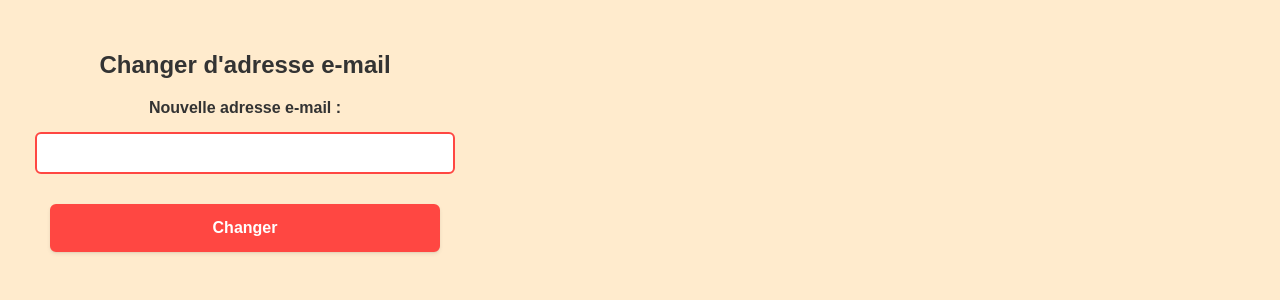
Repository: LeroyM084/Mushroom_Password
Page: ChromeExtension/templates/changeMail.html
The author's editor kept a copy of each file at every save. The page is drawn from the files as they stood at one save, then again after the next save.
The browser window is 1280 px wide. The pictures show the whole page.

Above is the page before, as saved 2025-02-19 12:52:19.

After the next save:
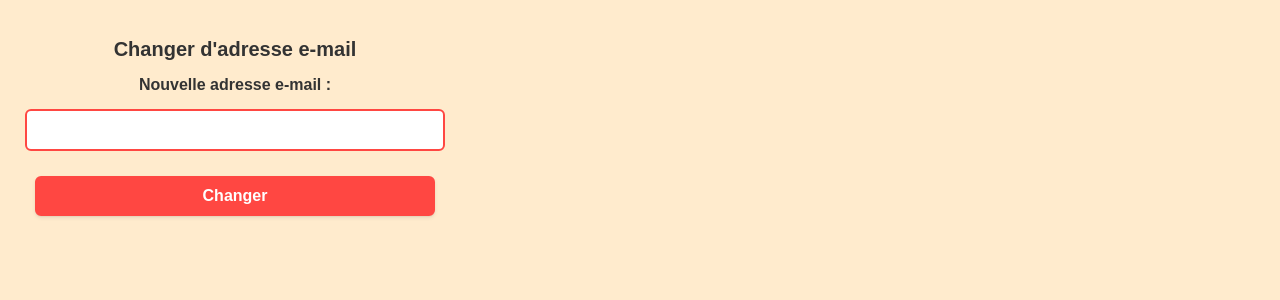
Saved 45 s later.
--- a/ChromeExtension/style/changeMail.css
+++ b/ChromeExtension/style/changeMail.css
@@ -5,7 +5,40 @@
 body {
     font-family: Arial, sans-serif;
     color: #333;
-    width: 450px;
+    width: 450px;    body {
+        font-family: Arial, sans-serif;
+        color: #333;
+        width: 300px;
+        height: fit-content;
+        background-color: blanchedalmond;
+        min-height: 200px;
+        max-height: 400px;
+        margin: 0;
+        padding: 15px;
+        display: flex;
+        flex-direction: column;
+        box-sizing: border-box;
+    }
+
+    .container {
+        width: 100%;
+        padding: 10px;
+        display: flex;
+        flex-direction: column;
+        align-items: center;
+    }
+
+    h1 {
+        font-size: 20px;
+        margin-bottom: 15px;
+    }
+
+    button {
+        width: calc(100% - 20px);
+        height: 40px;
+        padding: 8px 15px;
+        margin-top: 10px;
+    }
     height : width / 2;
     height: fit-content;
     background-color: blanchedalmond;

After the save that followed:
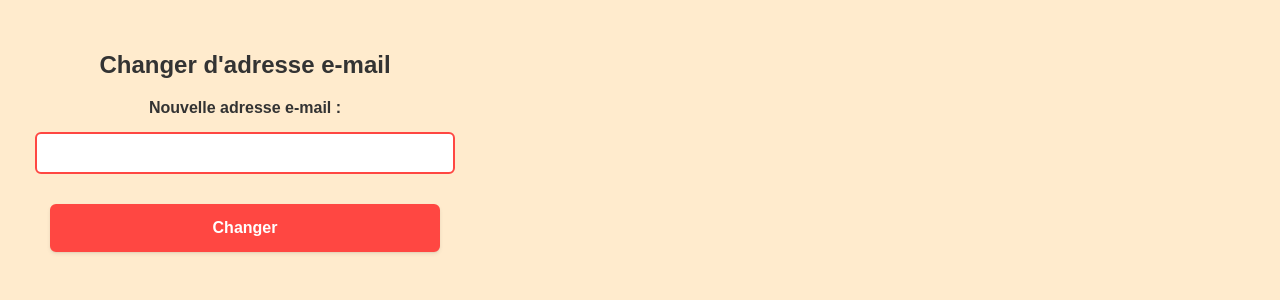
Saved 11 s later.
--- a/ChromeExtension/style/changeMail.css
+++ b/ChromeExtension/style/changeMail.css
@@ -5,40 +5,7 @@
 body {
     font-family: Arial, sans-serif;
     color: #333;
-    width: 450px;    body {
-        font-family: Arial, sans-serif;
-        color: #333;
-        width: 300px;
-        height: fit-content;
-        background-color: blanchedalmond;
-        min-height: 200px;
-        max-height: 400px;
-        margin: 0;
-        padding: 15px;
-        display: flex;
-        flex-direction: column;
-        box-sizing: border-box;
-    }
-
-    .container {
-        width: 100%;
-        padding: 10px;
-        display: flex;
-        flex-direction: column;
-        align-items: center;
-    }
-
-    h1 {
-        font-size: 20px;
-        margin-bottom: 15px;
-    }
-
-    button {
-        width: calc(100% - 20px);
-        height: 40px;
-        padding: 8px 15px;
-        margin-top: 10px;
-    }
+    width: 450px;
     height : width / 2;
     height: fit-content;
     background-color: blanchedalmond;
